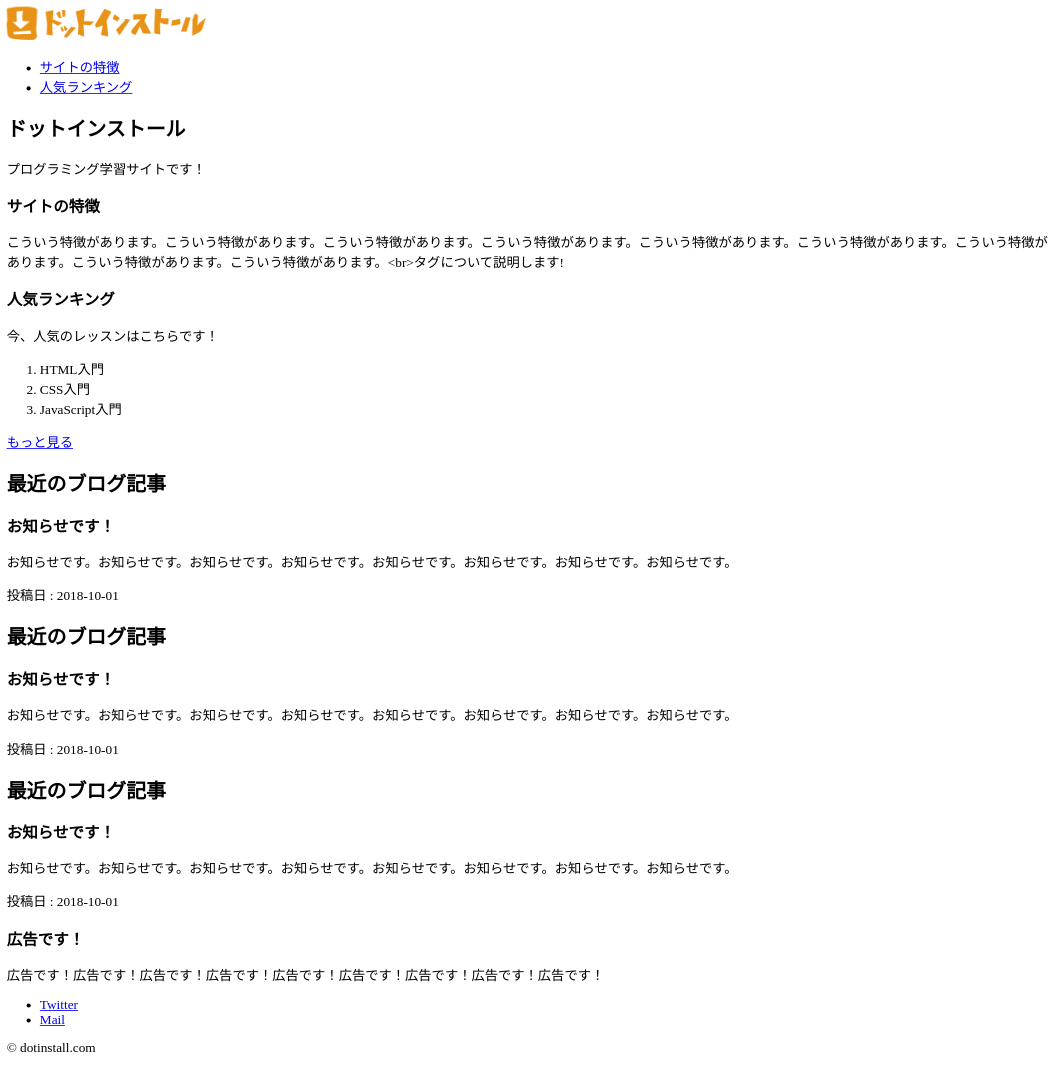
Repository: kojimayu/dotinstall-html
Page: index.html
These files come from the project's save history. The page is drawn as it stood at one moment and after the next save; the edit follows.
The browser window is 1280 px wide. The pictures show the whole page, at 83% of full size.

Above is the page before, as saved 2019-04-05 12:56:35.

After the next save:
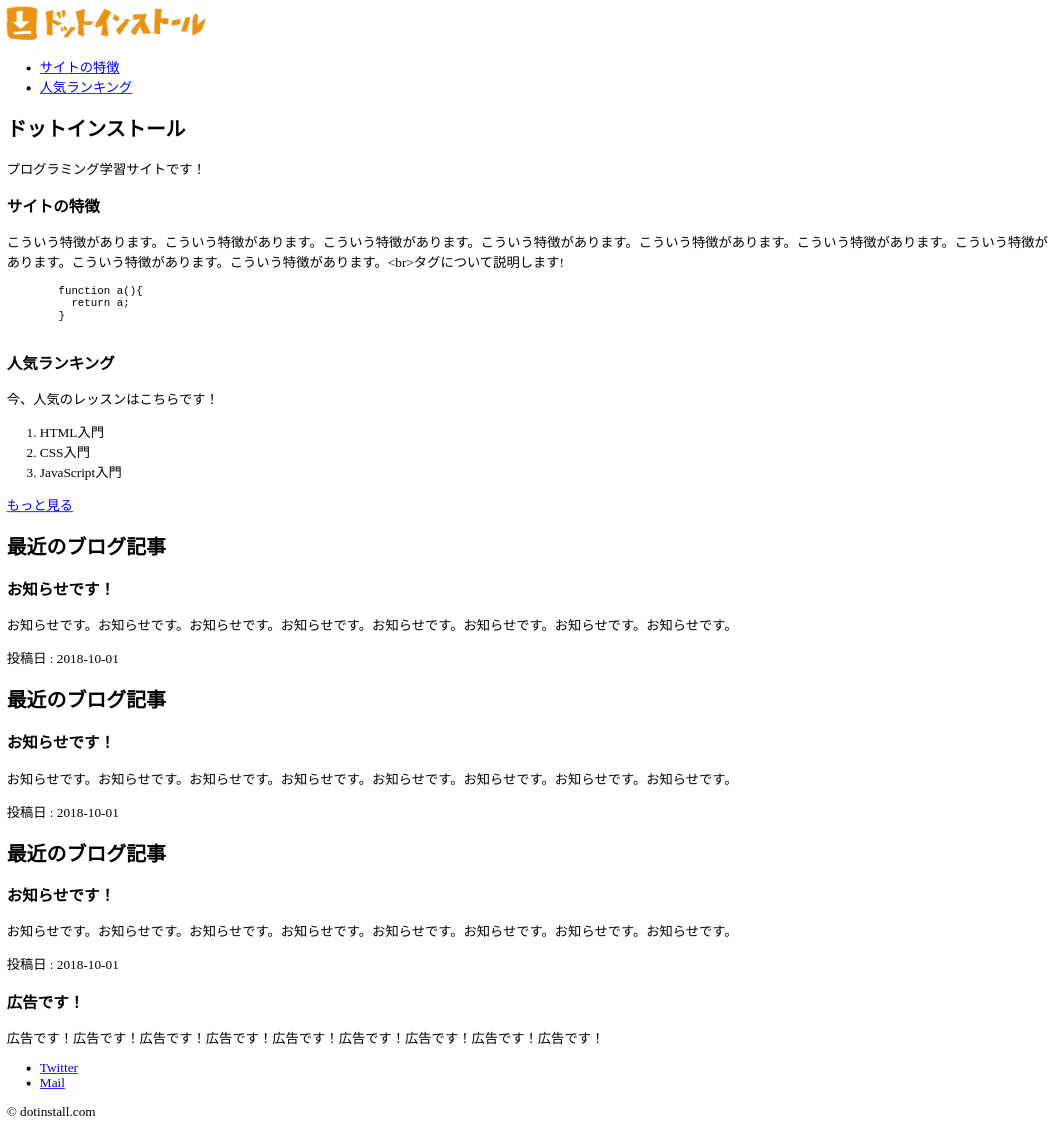
Saved 82 s later.
--- a/index.html
+++ b/index.html
@@ -27,6 +27,11 @@
       <p>
         こういう特徴があります。こういう特徴があります。こういう特徴があります。こういう特徴があります。こういう特徴があります。こういう特徴があります。こういう特徴があります。こういう特徴があります。こういう特徴があります。&lt;br&gt;タグについて説明します!
       </p>
+      <pre>
+        function a(){
+          return a;
+        }
+      </pre>
     </section>
     <section>
       <h1 id="ranking">人気ランキング</h1>
